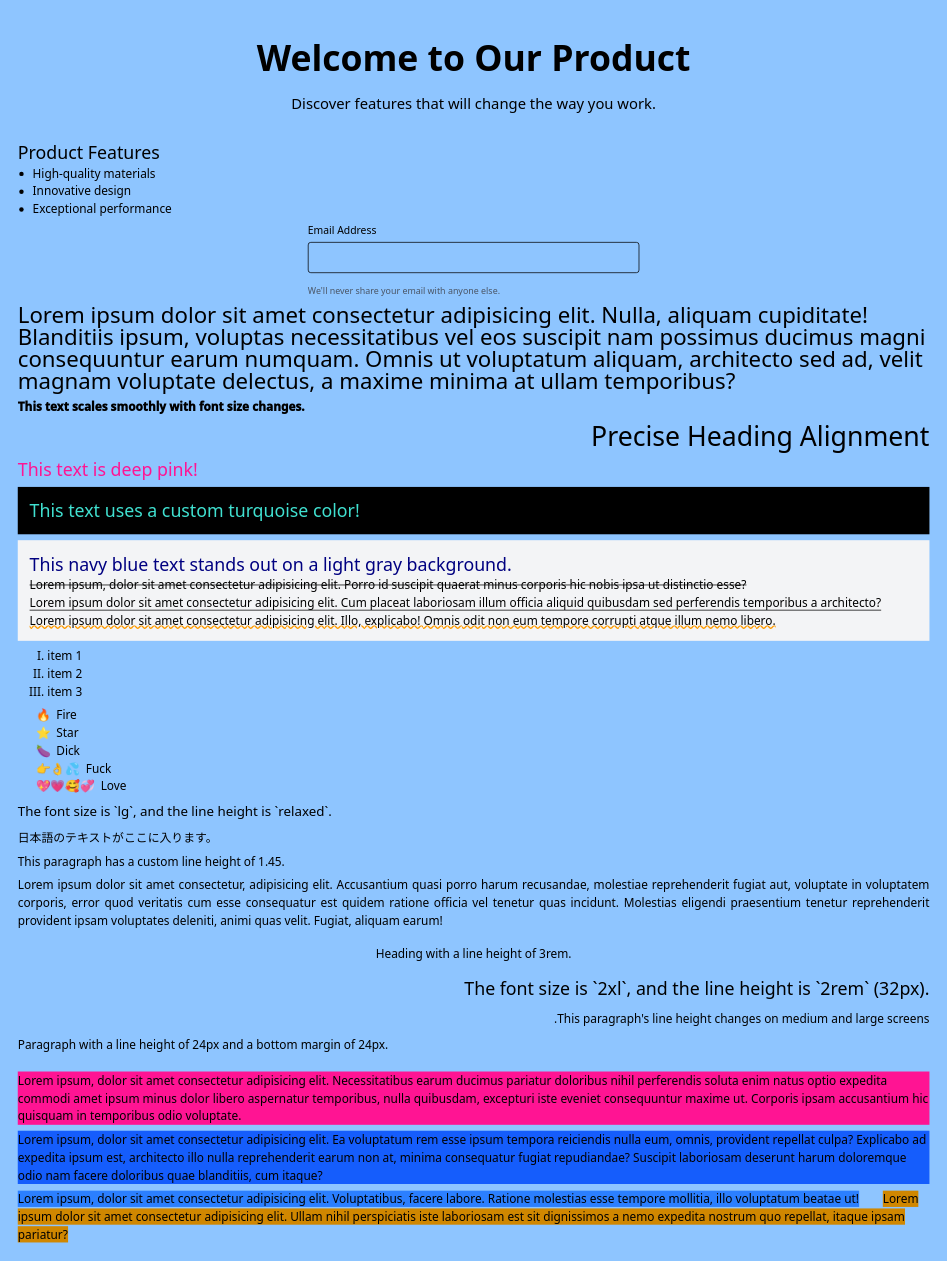
Repository: DinTri/TailwindCss
Page: index.html
The author's editor kept a copy of each file at every save. The page is drawn from the files as they stood at one save, then again after the next save.
The browser window is 1280 px wide. The pictures show the whole page, at 74% of full size.
Some web fonts or font styles are not loaded; a fallback is used.

Above is the page before, as saved 2025-06-10 10:51:57.

### index.html
<!DOCTYPE html>
<html lang="en">
  <head>
    <meta charset="UTF-8">
    <meta name="viewport" content="width=device-width, initial-scale=1">
    <title>Play with Tailwind</title>
    <link rel="preconnect" href="https://fonts.googleapis.com">
<link rel="preconnect" href="https://fonts.gstatic.com" crossorigin>
<link href="https://fonts.googleapis.com/css2?family=Edu+VIC+WA+NT+Hand+Pre:wght@400..700&display=swap" rel="stylesheet">
    <link rel="stylesheet" href="style.css">
    </head>
  <body class="bg-blue-300">
    <div class="m-2 p-4 space-y-2">
      <section class="text-center py-6">
  <h1 class="text-5xl leading-tight font-bold">
    Welcome to Our Product
  </h1>
  <p class="text-xl leading-relaxed mt-4">
    Discover features that will change the way you work.
  </p>
</section>
<div class="product-description">
  <h2 class="text-2xl leading-snug">
    Product Features
  </h2>
  <ul class="list-disc pl-5 leading-normal">
    <li>High-quality materials</li>
    <li>Innovative design</li>
    <li>Exceptional performance</li>
  </ul>
</div>
<form class="max-w-md mx-auto">
  <label id="testLabel" class="block text-sm leading-tight mb-2">
    Email Address
  </label>
  <input type="email" aria-labelledby="testLabel" class="w-full border rounded px-3 py-2 mb-4">
  <small class="block text-xs leading-snug text-gray-600">
    We'll never share your email with anyone else.
  </small>
</form>
    <p class="text-3xl leading-none">Lorem ipsum dolor sit amet consectetur adipisicing elit. Nulla, aliquam cupiditate! Blanditiis ipsum, voluptas necessitatibus vel eos suscipit nam possimus ducimus magni consequuntur earum numquam. Omnis ut voluptatum aliquam, architecto sed ad, velit magnam voluptate delectus, a maxime minima at ullam temporibus?</p>
    <p class="text-base leading-normal font-[var(--font-extbold)]">
  This text scales smoothly with font size changes.
</p>
<h1 class="text-4xl leading-10 text-right">
  Precise Heading Alignment
</h1>
<p class="text-2xl font-medium text-[var(--color-deeppink)]">
  This text is deep pink!
</p>
<div class="bg-black p-4">
<p class="text-2xl text-[var(--color-turquoise)]">
  This text uses a custom turquoise color!
</p>
</div>
<div class="bg-gray-100 p-4">
  <p class="text-[#000080] text-2xl">
    This navy blue text stands out on a light gray background.
  </p>
  <p class="line-through">Lorem ipsum, dolor sit amet consectetur adipisicing elit. Porro id suscipit quaerat minus corporis hic nobis ipsa ut distinctio esse?</p>
  <p class="underline underline-offset-4">Lorem ipsum dolor sit amet consectetur adipisicing elit. Cum placeat laboriosam illum officia aliquid quibusdam sed perferendis temporibus a architecto?</p>
  <p class="underline decoration-amber-500 decoration-wavy">Lorem ipsum dolor sit amet consectetur adipisicing elit. Illo, explicabo! Omnis odit non eum tempore corrupti atque illum nemo libero.</p>
</div>
<ul class="list-[upper-roman] p-[revert]">
  <li>item 1</li>
  <li>item 2</li>
  <li>item 3</li>
</ul>
<ul class="list-emoji pl-6">
  <li class="before:content-['🔥'] before:mr-2">Fire</li>
  <li class="before:content-['⭐'] before:mr-2">Star</li>
  <li class="before:content-['🍆'] before:mr-2">Dick</li>
  <li class="before:content-['👉👌💦'] before:mr-2">Fuck</li>
  <li class="before:content-['💖💗🥰💞'] before:mr-2">Love</li>
</ul>
<p class="text-lg/relaxed">
  The font size is `lg`, and the line height is `relaxed`.
</p>
<p class="leading-relaxed" lang="ja">
  日本語のテキストがここに入ります。
</p>
<p class="leading-[1.45]">
  This paragraph has a custom line height of 1.45.
</p>
<p class="text-justify">Lorem ipsum dolor sit amet consectetur, adipisicing elit. Accusantium quasi porro harum recusandae, molestiae reprehenderit fugiat aut, voluptate in voluptatem corporis, error quod veritatis cum esse consequatur est quidem ratione officia vel tenetur quas incidunt. Molestias eligendi praesentium tenetur reprehenderit provident ipsam voluptates deleniti, animi quas velit. Fugiat, aliquam earum!</p>
<h1 class="leading-[3rem] text-center">
  Heading with a line height of 3rem.
</h1>
<p class="text-2xl/8 text-end">
  The font size is `2xl`, and the line height is `2rem` (32px).
</p>
<p class="leading-normal md:leading-relaxed lg:leading-loose text-start" dir="rtl">
  This paragraph's line height changes on medium and large screens.
</p>
<p class="text-base leading-6 mb-6">
  Paragraph with a line height of 24px and a bottom margin of 24px.
</p>
<div class="space-y-2">
  <p class="bg-[var(--color-deeppink)]">Lorem ipsum, dolor sit amet consectetur adipisicing elit. Necessitatibus earum ducimus pariatur doloribus nihil perferendis soluta enim natus optio expedita commodi amet ipsum minus dolor libero aspernatur temporibus, nulla quibusdam, excepturi iste eveniet consequuntur maxime ut. Corporis ipsam accusantium hic quisquam in temporibus odio voluptate.</p>
  <p class="bg-blue-600">Lorem ipsum, dolor sit amet consectetur adipisicing elit. Ea voluptatum rem esse ipsum tempora reiciendis nulla eum, omnis, provident repellat culpa? Explicabo ad expedita ipsum est, architecto illo nulla reprehenderit earum non at, minima consequatur fugiat repudiandae? Suscipit laboriosam deserunt harum doloremque odio nam facere doloribus quae blanditiis, cum itaque?</p>
</div>
<div class="space-x-8">
  <span class="bg-blue-500">Lorem ipsum, dolor sit amet consectetur adipisicing elit. Voluptatibus, facere labore. Ratione molestias esse tempore mollitia, illo voluptatum beatae ut!</span><span class="bg-yellow-600">Lorem ipsum dolor sit amet consectetur adipisicing elit. Ullam nihil perspiciatis iste laboriosam est sit dignissimos a nemo expedita nostrum quo repellat, itaque ipsam pariatur?</span>
</div>

  </div>
  </body>
</html>

Loaded but not shown: style.css (2230 lines, source omitted)

After the next save:
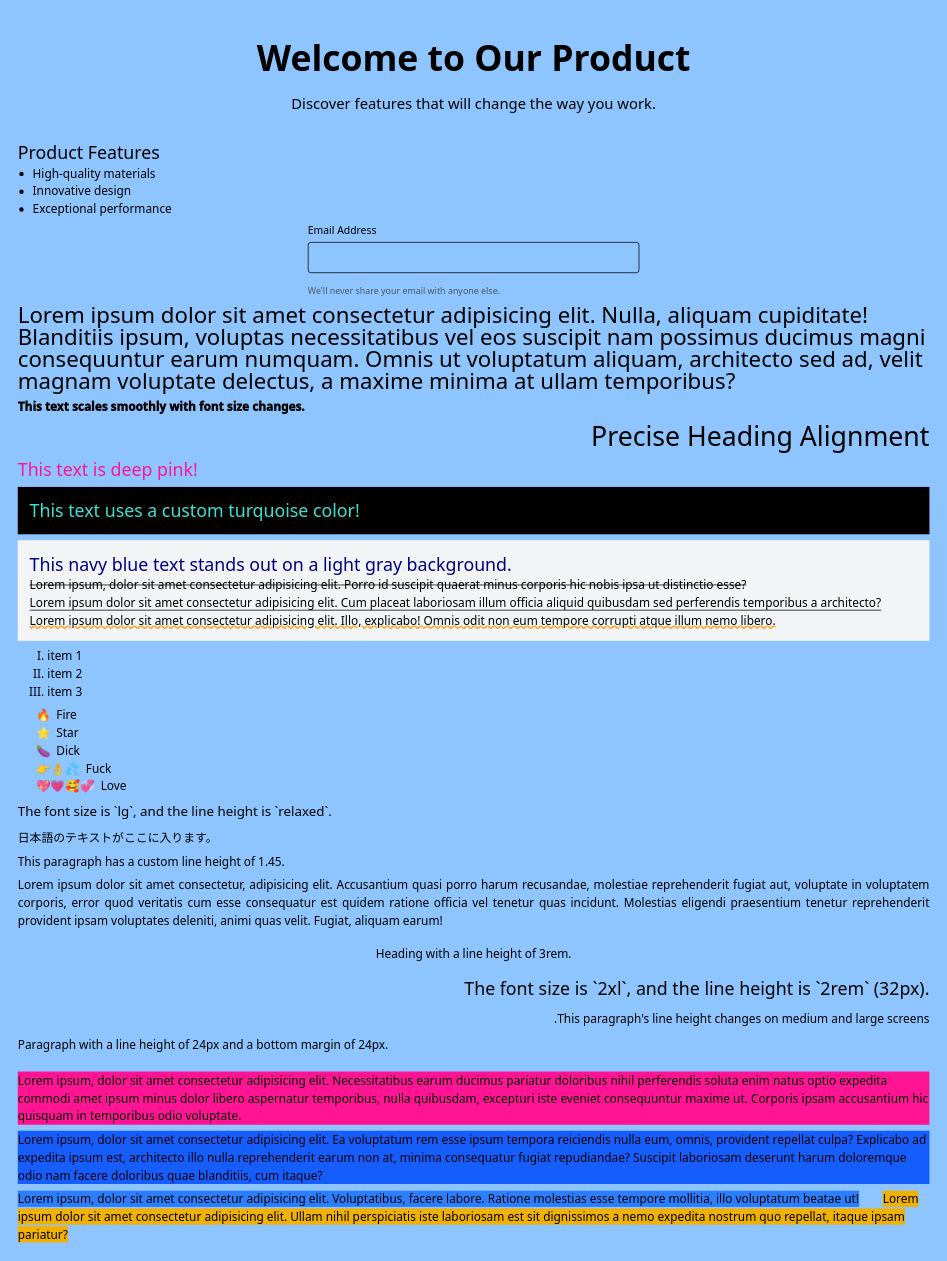
Saved 3 min 6 s later.
--- a/index.html
+++ b/index.html
@@ -100,7 +100,7 @@
   <p class="bg-blue-600">Lorem ipsum, dolor sit amet consectetur adipisicing elit. Ea voluptatum rem esse ipsum tempora reiciendis nulla eum, omnis, provident repellat culpa? Explicabo ad expedita ipsum est, architecto illo nulla reprehenderit earum non at, minima consequatur fugiat repudiandae? Suscipit laboriosam deserunt harum doloremque odio nam facere doloribus quae blanditiis, cum itaque?</p>
 </div>
 <div class="space-x-8">
-  <span class="bg-blue-500">Lorem ipsum, dolor sit amet consectetur adipisicing elit. Voluptatibus, facere labore. Ratione molestias esse tempore mollitia, illo voluptatum beatae ut!</span><span class="bg-yellow-600">Lorem ipsum dolor sit amet consectetur adipisicing elit. Ullam nihil perspiciatis iste laboriosam est sit dignissimos a nemo expedita nostrum quo repellat, itaque ipsam pariatur?</span>
+  <span class="bg-blue-500">Lorem ipsum, dolor sit amet consectetur adipisicing elit. Voluptatibus, facere labore. Ratione molestias esse tempore mollitia, illo voluptatum beatae ut!</span><span class="bg-yellow-500">Lorem ipsum dolor sit amet consectetur adipisicing elit. Ullam nihil perspiciatis iste laboriosam est sit dignissimos a nemo expedita nostrum quo repellat, itaque ipsam pariatur?</span>
 </div>
 
   </div>
